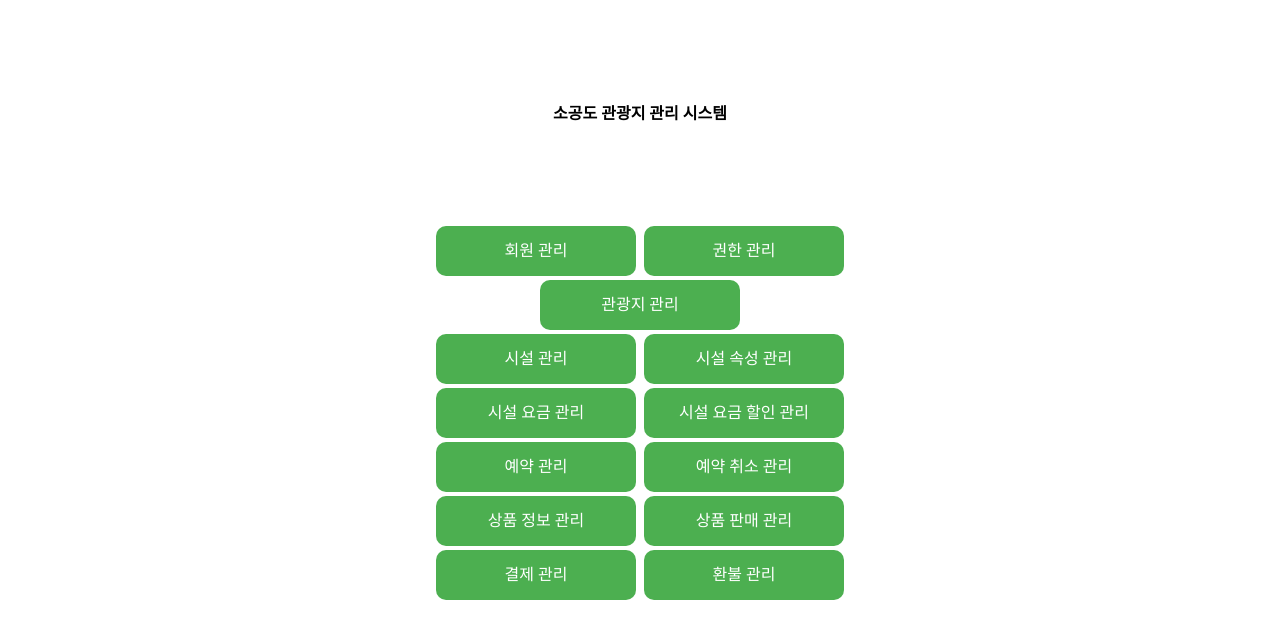
Repository: psyoongsc/SogongDo_Facility
Page: http://localhost/SogongDo_Management_System/
The author's editor kept a copy of each file at every save. The page is drawn from the files as they stood at one save, then again after the next save.
The browser window is 1280 px wide. The pictures show the whole page.
The page is served by Tomcat 9. Nobody is signed in. The application's start-up code is not run. Other server files are loaded and not shown.

Above is the page before, as saved 2020-06-25 14:47:29.

### SogongDo_Management_System/WebContent/index.jsp
<%@ page language="java" contentType="text/html; charset=UTF-8"
    pageEncoding="UTF-8"%>
<!DOCTYPE html>
<html>
<head>
<meta charset="EUC-KR">
<title>소공도 관광지 관리 시스템</title>
<style>
a {
	text-decoration: none;
	text-align: center;
	background-color: #4CAF50;
	width: 200px;
	line-height: 50px;
	font-size: medium;
	display: inline-block;
	border-radius: 10px 10px;
	margin: 2px;
}

a:link {
	color: white;
}
a:visited {
	color: white;
}

.container {
	text-align: center;
}

.title {
	font-weight: bold;
	margin: 100px 0px;
}
</style>
</head>
<body>
	<div class="container title">
		소공도 관광지 관리 시스템
	</div>
	<div class="container">
		<a href="Member/view">회원 관리</a>
		<a href="Authority/view">권한 관리</a> <br>
		<a href="TouristSite/view">관광지 관리</a> <br>
		<a href="Facility/view">시설 관리</a>
		<a href="Facility/Attribute/view">시설 속성 관리</a> <br>
		<a href="Facility/Charge/view">시설 요금 관리</a>
		<a href="Facility/Charge/discount/view">시설 요금 할인 관리</a> <br>
		<a href="Reservation/view">예약 관리</a>
		<a href="Reservation/Cancel/view">예약 취소 관리</a> <br>
		<a href="Product/view">상품 정보 관리</a>
		<a href="Product/Sell/view">상품 판매 관리</a> <br>
		<a href="Payment/view">결제 관리</a>
		<a href="Refund/view">환불 관리</a> <br>
	</div>
</body>
</html>

After the next save:
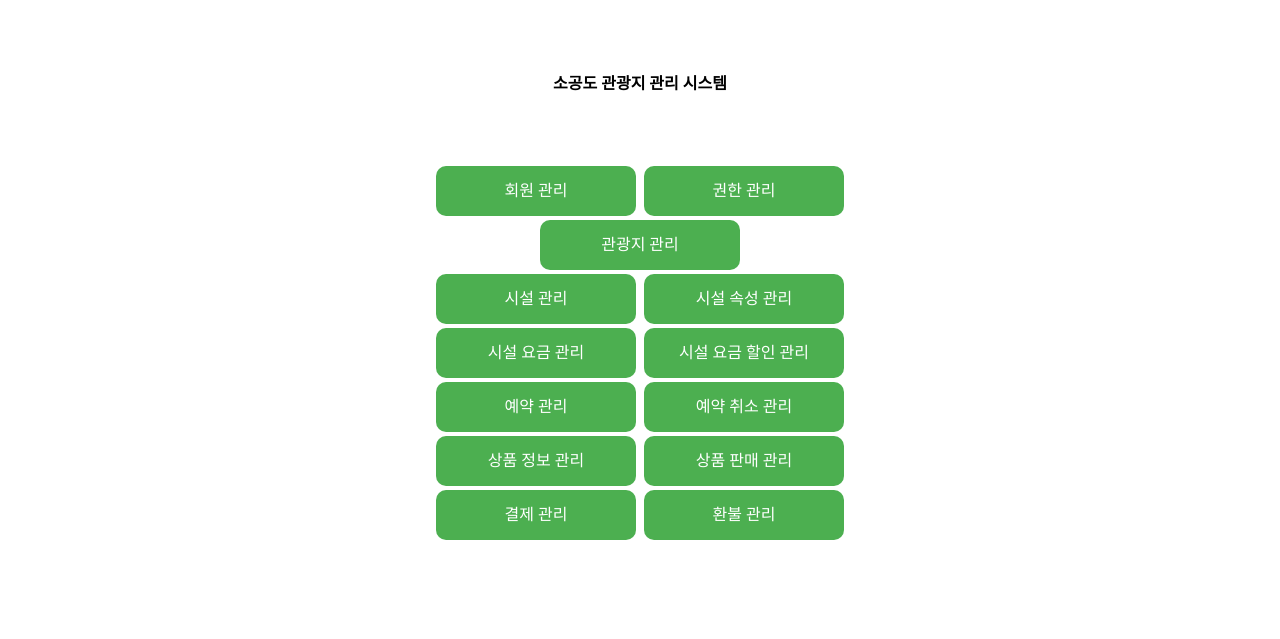
Saved 8 s later.
--- a/SogongDo_Management_System/WebContent/index.jsp
+++ b/SogongDo_Management_System/WebContent/index.jsp
@@ -31,7 +31,7 @@ a:visited {
 
 .title {
 	font-weight: bold;
-	margin: 100px 0px;
+	margin: 70px 0px;
 }
 </style>
 </head>
